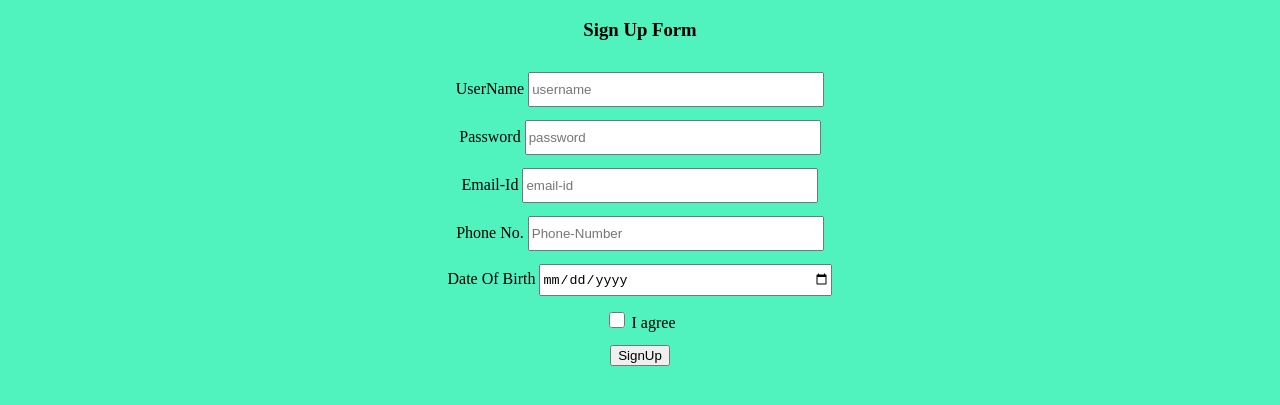
Repository: nir-github01/Html
Page: assign1-signup.html
These files come from the project's save history. The page is drawn as it stood at one moment and after the next save; the edit follows.
The browser window is 1280 px wide. The pictures show the whole page.

Above is the page before, as saved 2022-09-28 20:25:42.

### assign1-signup.html
<!DOCTYPE html>
<html lang="en">
<head>
    <meta charset="UTF-8">
    <meta http-equiv="X-UA-Compatible" content="IE=edge">
    <meta name="viewport" content="width=device-width, initial-scale=1.0">
    <title>sign-up form</title>
    <style>
        body{
            background-color: rgb(80, 243, 189);
            text-align: center;
        }
        .signup-div{
            padding: 5px;
            margin: 3px;
        }
        .username{
            padding: 5px;
            margin: 3px;
        }
        .password{
            padding: 5px;
            margin: 3px;
        }
        .email-input{
            padding: 5px;
            margin: 3px;
        }
        .phone-input{
            padding: 5px;
            margin: 3px;
        }
        .date-input{
            padding: 5px;
            margin: 3px;
        }
        .check-input{
            padding: 5px;
            margin: 3px;
        }
        .button-input{
            padding: 5px;
            margin: 3px;
        }
        input{
            width: 18rem;
            height: 1.8rem;
        }
        input[type="checkbox"]{
            width: 1rem;
            height: 1rem;
        }
    </style>
</head>
<body>
    <div>
        <h3>Sign Up Form </h3>
        <div class="signup-div">
            <form>
                <div class="username">
                    <label>UserName</label>
                    <input type="text" value="" placeholder="username">
                </div>
                <div class="password">
                    <label>Password</label>
                    <input type="number" value="" placeholder="password">
                </div>
                <div class="email-input">
                    <label>Email-Id</label>
                    <input type="email" value="" placeholder="email-id">
                </div>
                <div class="phone-input">
                    <label>Phone No.</label>
                    <input type="number" value="" placeholder="Phone-Number">
                </div>
                <div class="date-input">
                    <label>Date Of Birth</label>
                    <input type="date" value="" placeholder="Date of Birth">
                </div>
                <div class="check-input">

                    <input type="checkbox" value="" name="agree">
                    <label>I agree </label>
                </div>
                <div class="button-input">
                    <button>SignUp</button>
                </div>
            </form>
        </div>
    </div>
</body>
</html>

After the next save:
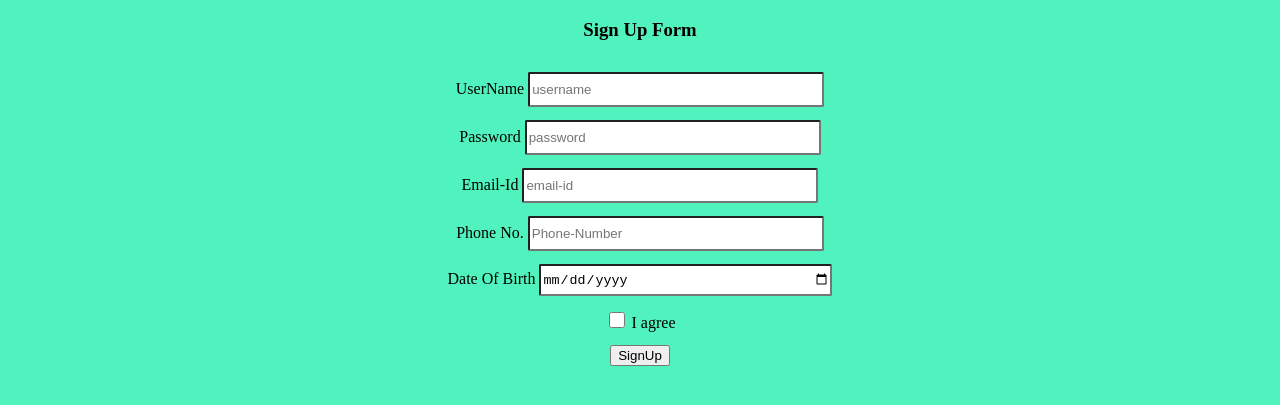
Saved 116 s later.
--- a/assign1-signup.html
+++ b/assign1-signup.html
@@ -45,10 +45,15 @@
         input{
             width: 18rem;
             height: 1.8rem;
+            border-radius: 2px;
         }
         input[type="checkbox"]{
             width: 1rem;
             height: 1rem;
+        }
+        input:hover{
+          border-color: rgb(180, 238, 238);
+
         }
     </style>
 </head>
